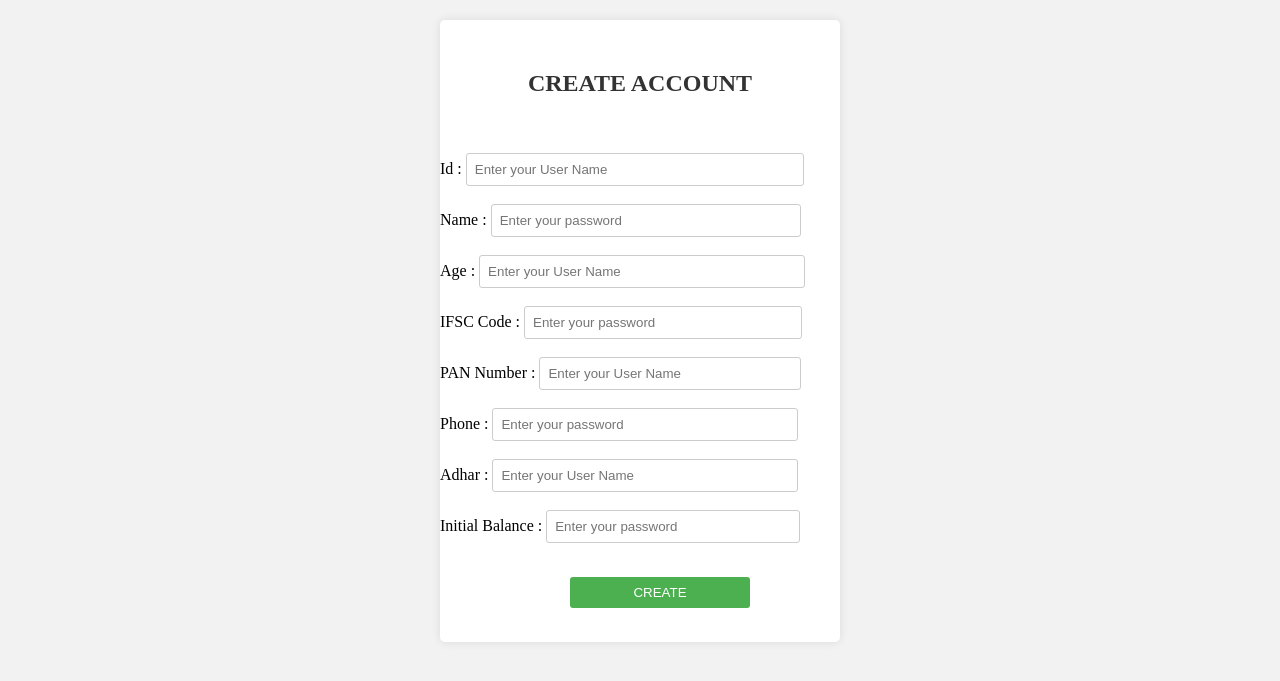
Repository: mansistic-0n3/Java_IGT
Page: Java Project/BankJSP/src/main/webapp/WEB-INF/create.html
These files come from the project's save history. The page is drawn as it stood at one moment and after the next save; the edit follows.
The browser window is 1280 px wide. The pictures show the whole page.

Above is the page before, as saved 2023-06-28 20:45:58.

### Java Project/BankJSP/src/main/webapp/WEB-INF/create.html
<!DOCTYPE html>
<html>
<head>
  <title>Registration Form</title>
</head>
<body style="background-color: #f2f2f2; ">
  <div style="max-width: 400px; margin: 0 auto;  background-color: #ffffff; border-radius: 5px; box-shadow: 0 0 10px rgba(0, 0, 0, 0.1);">
    <h2 style="text-align: center; color: #333333;padding-top: 50px;">CREATE ACCOUNT</h2>
    <form action="register">
      <br><br>
        Id : <input type="text" name="id" placeholder="Enter your User Name" style="width: 80%; padding: 8px; border-radius: 3px; border: 1px solid #cccccc;">
      <br><br>
        Name : <input type="text" name="name" placeholder="Enter your password" style="width: 73%; padding: 8px; border-radius: 3px; border: 1px solid #cccccc;">
       <br><br>
        Age : <input type="text" name="age" placeholder="Enter your User Name" style="width: 77%; padding: 8px; border-radius: 3px; border: 1px solid #cccccc;">
      <br><br>
        IFSC Code : <input type="text" name="ifsc" placeholder="Enter your password" style="width: 65%; padding: 8px; border-radius: 3px; border: 1px solid #cccccc;">
        <br><br>
        PAN Number : <input type="text" name="pan" placeholder="Enter your User Name" style="width: 61%; padding: 8px; border-radius: 3px; border: 1px solid #cccccc;">
      <br><br>
        Phone : <input type="text" name="ph" placeholder="Enter your password" style="width: 72%; padding: 8px; border-radius: 3px; border: 1px solid #cccccc;">
       <br><br>
        Adhar : <input type="text" name="adhar" placeholder="Enter your User Name" style="width: 72%; padding: 8px; border-radius: 3px; border: 1px solid #cccccc;">
      <br><br>
        Initial Balance : <input type="text" name="ibal" placeholder="Enter your password" style="width: 59%; padding: 8px; border-radius: 3px; border: 1px solid #cccccc;">
      <br><br><dir style="text-align: center;">
        <button type="submit" style="width: 50%; padding: 8px; border-radius: 3px; border: none; background-color: #4CAF50; color: #ffffff; cursor: pointer;">CREATE</button>
      </dir><br>
    </form>
  </div>
</body>
</html>

After the next save:
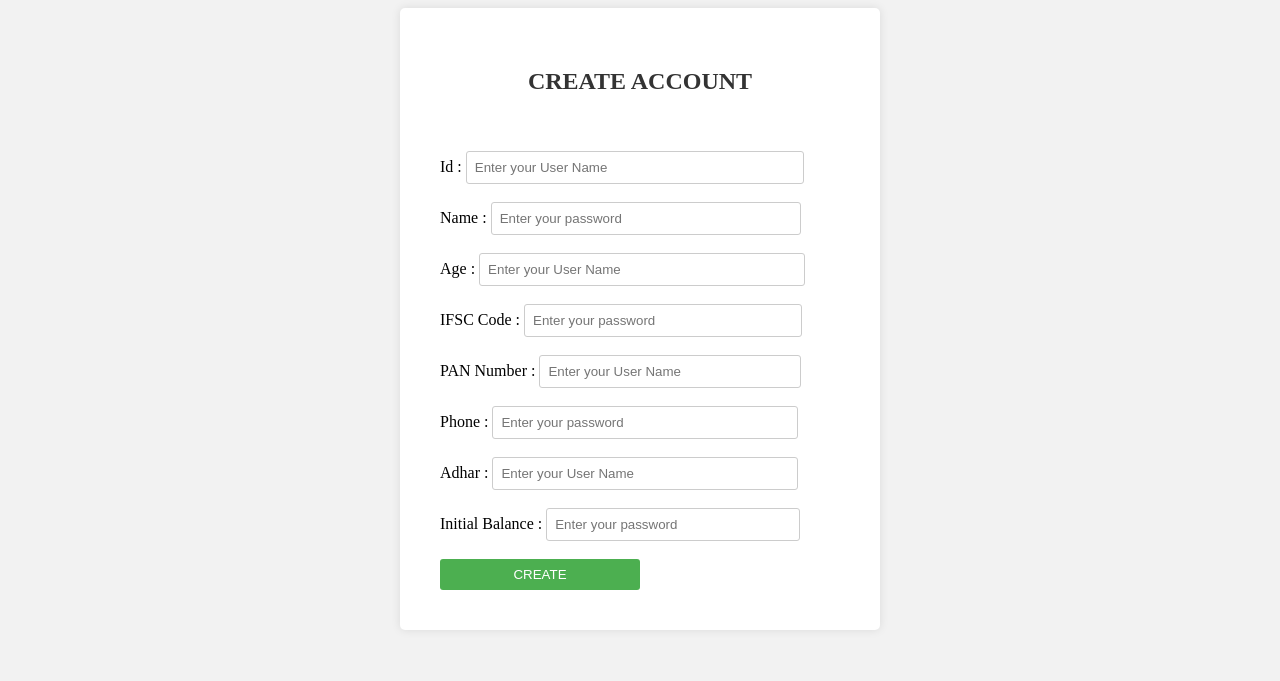
Saved 112 s later.
--- a/Java Project/BankJSP/src/main/webapp/WEB-INF/create.html
+++ b/Java Project/BankJSP/src/main/webapp/WEB-INF/create.html
@@ -4,8 +4,8 @@
   <title>Registration Form</title>
 </head>
 <body style="background-color: #f2f2f2; ">
-  <div style="max-width: 400px; margin: 0 auto;  background-color: #ffffff; border-radius: 5px; box-shadow: 0 0 10px rgba(0, 0, 0, 0.1);">
-    <h2 style="text-align: center; color: #333333;padding-top: 50px;">CREATE ACCOUNT</h2>
+  <div style="max-width: 400px; margin: 0 auto; padding: 40px; background-color: #ffffff; border-radius: 5px; box-shadow: 0 0 10px rgba(0, 0, 0, 0.1);">
+    <h2 style="text-align: center; color: #333333;">CREATE ACCOUNT</h2>
     <form action="register">
       <br><br>
         Id : <input type="text" name="id" placeholder="Enter your User Name" style="width: 80%; padding: 8px; border-radius: 3px; border: 1px solid #cccccc;">
@@ -23,9 +23,9 @@
         Adhar : <input type="text" name="adhar" placeholder="Enter your User Name" style="width: 72%; padding: 8px; border-radius: 3px; border: 1px solid #cccccc;">
       <br><br>
         Initial Balance : <input type="text" name="ibal" placeholder="Enter your password" style="width: 59%; padding: 8px; border-radius: 3px; border: 1px solid #cccccc;">
-      <br><br><dir style="text-align: center;">
-        <button type="submit" style="width: 50%; padding: 8px; border-radius: 3px; border: none; background-color: #4CAF50; color: #ffffff; cursor: pointer;">CREATE</button>
-      </dir><br>
+      <br><br>
+        <button type="submit" style="width: 50%;text-align: center; padding: 8px; border-radius: 3px; border: none; background-color: #4CAF50; color: #ffffff; cursor: pointer;">CREATE</button>
+      <br>
     </form>
   </div>
 </body>
